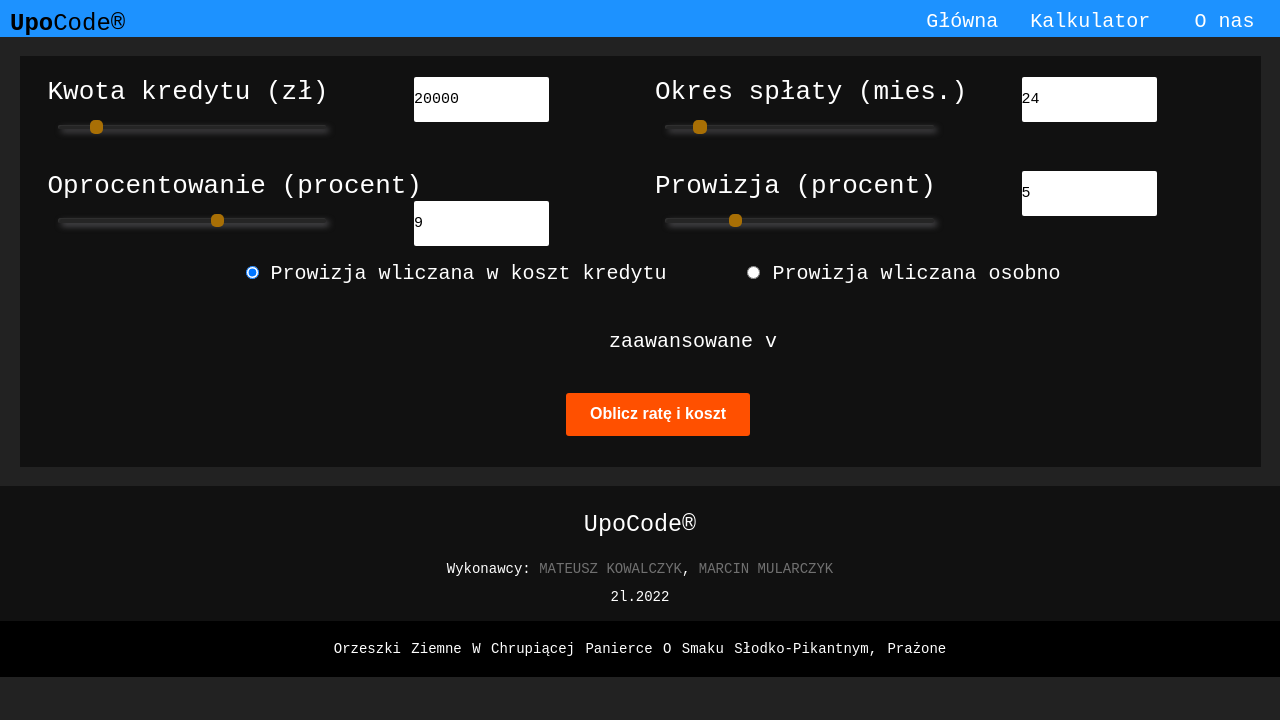
Repository: Klemingway/egzamin
Page: kalkulator.html
The author's editor kept a copy of each file at every save. The page is drawn from the files as they stood at one save, then again after the next save.
The browser window is 1280 px wide. The pictures show the whole page.
After loading, the first visible `#guzik` was clicked once.

Above is the page before, as saved 2023-01-25 12:32:38.
Console error: TypeError: Cannot read properties of null (reading 'style')

### kalkulator.html
<!DOCTYPE html>
<html lang="pl">

<head>
    <meta charset="UTF-8">
    <meta http-equiv="X-UA-Compatible" content="IE=edge">
    <meta name="viewport" content="width=device-width, initial-scale=1.0">
    <link rel="stylesheet" href="style/styl.css">
    <link rel="shortcut icon" href="img/ikonna.png" type="image/x-icon">
    <script src="js/script.js"></script>
    <title>Bankowy</title>
</head>
<header>

    <div id="hod">
        <a style="text-decoration: none;color: white;" href="index.html">Główna</a>
        <a style="text-decoration: none;color: white;" href="kalkulator.html">Kalkulator</a> &puncsp;
        <div id="hod1"><a style="text-decoration: none; color: white;" href="bl.html">O nas</a></div>
    </div>
    <div id="hzd">
        <b>Upo</b>Code®
    </div>
</header>

<div id="gl">

    <div id="d1" class="d">
        Kwota kredytu (zł)
        <input type="text" name="kwota" pattern="[0-9]" id="kwota" class="wej" value="20000" onchange="document.getElementById('r1').value = this.value/1000"><br>
        <input type="range" min="1" max="150" value="20" id="r1" class="slider" oninput="document.getElementById('kwota').value = this.value*1000; ">
    </div>

    <div id="d2" class="d">
        Okres spłaty (mies.)
        <input type="text" name="splata" pattern="[0-9]" id="splata" class="wej" value="24" onchange="document.getElementById('r2').value = this.value"><br>
        <input type="range" min="12" max="120" value="24" id="r2" class="slider" oninput="document.getElementById('splata').value = this.value;">
    </div>


    <div id="d3" class="d">
        Oprocentowanie (procent)
        <input type="text" name="splata" pattern="[0-9]" id="oproc" class="wej" value="9" onchange="document.getElementById('r3').value = this.value*100"><br>
        <input type="range" min="1" max="1500" value="900" id="r3" class="slider" oninput="document.getElementById('oproc').value = this.value/100;">
    </div>

    <div id="d4" class="d">
        Prowizja (procent)
        <input type="text" name="prowiz" pattern="[0-9]" id="prowiz" class="wej" value="5" onchange="document.getElementById('r4').value = this.value"><br>
        <input type="range" min="0" max="20" value="5" id="r4" class="slider" oninput="document.getElementById('prowiz').value = this.value;">
    </div>

    <div id="d5" class="dradio">
        <label class="l1">
        <input type="radio" checked name="choice" value="wariant1" class="radio"> Prowizja wliczana w koszt kredytu
        </label>
        <label class="l2">
            <input type="radio" name="choice" value="wariant2" class="radio">
            Prowizja wliczana osobno
        </label>
    </div>
    <br>
    <div id="d6">
        <a onclick="zaawansowane()" style="margin-bottom: 100px;">zaawansowane v</a>
    </div>

    <!-- <div id="d8" class="d">
        Kwota dołożona
        <input type="text" name="kwotadodana" pattern="[0-9]" id="kwotadodana" class="wej" value="9">
    </div>
    <div id="d9" class="d">
        Ubezpieczenie
        <input type="text" name="ubezpieczenie" pattern="[0-9]" id="ubezpieczenie" class="wej" value="9">
    </div>
    <div id="d10" class="dradio">
        <label class="l1">
            <input type="radio" name="choice2" class="radio" value="rat_tyle_samo">
            Mniejsza rata na taki sam okres czasu
        </label>
        <label class="l2">
            <input type="radio" name="choice2" class="radio" value="rat_mniej">
            Raty pozostają takie same, ale mniej
        </label>
    </div> -->

    <div id="d7">
        <input type="button" id="guzik" value="Oblicz ratę i koszt" onclick="test()">
    </div>

</div>
<!-- <div id="wyniki">

</div> -->



<footer id="fo">
    <div id="zawfoot">
        <h3>UpoCode®</h3>
        <p>Wykonawcy: <span>Mateusz Kowalczyk</span>, <span>Marcin Mularczyk</span><br>2l.2022</p>

    </div>
    <div class="dol">
        <p>Orzeszki ziemne w chrupiącej panierce o smaku słodko-pikantnym, prażone

        </p>
    </div>
</footer>

</body>

</html>

### style/styl.css
html,
body {
    padding: 0;
    margin: 0;
    font-family: monospace;
    background-color: #222222;
    overflow-x: hidden;
    min-height: 100%;
}

body::-webkit-scrollbar {
    width: 0.6em;
}

body::-webkit-scrollbar-track {
    -webkit-box-shadow: inset 0 0 6px rgba(0, 0, 0, 0.3);
}

body::-webkit-scrollbar-thumb {
    background-color: rgb(255, 136, 0);
}

body::-webkit-scrollbar-thumb:hover {
    background: rgba(255, 136, 0, 0.582);
}


/* header */

header {
    z-index: 5;
    text-decoration: none;
    padding-top: 0.5em;
    position: sticky;
    top: 0;
    height: 5vh;
    background-color: #1d92ff;
    width: 100vw;
    font-size: 20px;
}

#hzd {
    font-size: 1.2em;
    padding-left: 10px;
    background-color: #1d92ff;
}

#hod {
    float: right;
    word-spacing: 20px;
    margin-right: 2vw;
}

#hod1 {
    float: right;
    word-spacing: 0px;
}

#fw {
    position: relative;
    margin-top: 20px;
}


/* koniec headera */

#gl {
    padding-top: 1.5em;
    padding-left: 2em;
    padding-bottom: 2em;
    justify-content: center;
    background-color: #111111;
    color: white;
    margin: 1.5em;
    min-height: 20vh;
}


/* #d1 {
    background-color: aqua;
}

#d2 {
    background-color: brown;
}

#d3 {
    background-color: olive;
}

#d4 {
    background-color: orangered;
} */

#gll {
    background-color: #ff5000;
    width: 100%;
    height: auto;
    border: #ff5000 1px solid;
}

.dradio {
    font-size: 20px;
    padding-top: 5px;
    padding-left: 10em;
    padding-right: 10em;
    width: 100%;
    margin-bottom: 1em;
    /* background-color: gold; */
}

.l1 {
    float: left;
}

.l2 {
    float: right;
}

#d6 {
    float: left;
    margin: 2em;
    font-size: 20px;
    padding-top: 5px;
    width: 100%;
    height: auto;
    text-align: center;
}

#d7 {
    margin: 5px;
    display: flex;
    width: 100%;
    justify-content: center;
}

.d {
    word-wrap: break-word;
    font-size: 2em;
    padding: 2px;
    width: 50%;
    float: left;
    min-height: 13vh;
    padding-right: 4em;
}

#wyniki {
    min-height: 25em;
    margin-bottom: 3em;
}


/* wejscia wyjscia */

.wej {
    float: right;
    border-radius: 2px;
    outline: none;
    border: none;
    font-family: monospace;
    height: 3em;
    width: 9em;
    font-size: 15px;
}

.slider {
    margin: 10px;
    -webkit-appearance: none;
    outline: none;
    border-radius: 3px;
    height: 0.6vh;
    width: 21vw;
    background-color: rgb(37, 37, 37);
    box-shadow: 3px 3px 6px rgb(89, 88, 92), inset 1px 1px 1px #313131;
}

.slider::-webkit-slider-thumb {
    -webkit-appearance: none;
    width: 1em;
    height: 1em;
    cursor: pointer;
    background-color: rgb(168, 111, 5);
    overflow: visible;
    border-radius: 5px;
}

#guzik {
    display: inline-block;
    outline: none;
    cursor: pointer;
    font-weight: 600;
    border-radius: 3px;
    padding: 12px 24px;
    border: 0;
    color: #fff;
    background: #ff5000;
    line-height: 1.15;
    font-size: 16px;
}

#guzik:hover {
    transition: all .1s ease;
    box-shadow: 0 0 0 0 #fff, 0 0 0 3px #1d92ff;
}


/* footer */

footer {
    position: absolute;
    bottom: 0;
    width: 100%;
    left: 0;
    right: 0;
    background: #111;
    height: auto;
    width: 100vW;
    font-family: monospace;
    padding-top: 20px;
    color: white;
}

#zawfoot {
    display: flex;
    align-items: center;
    justify-content: center;
    flex-direction: column;
    text-align: center;
}

#zawfoot h3 {
    font-size: 1.8rem;
    font-weight: 400;
    text-transform: capitalize;
    line-height: 3rem;
}

#zawfoot p {
    max-width: 500px;
    margin: 10px auto;
    line-height: 28px;
    font-size: 14px;
}

* {
    margin: 0;
    padding: 0;
    box-sizing: border-box;
}

.dol {
    background: #000;
    width: 100vw;
    padding: 20px 0;
    text-align: center;
}

.dol p {
    font-size: 14px;
    word-spacing: 2px;
    text-transform: capitalize;
}

#zawfoot span {
    text-transform: uppercase;
    opacity: .4;
    font-weight: 200;
}


/* koniec footera */

@media (max-width: 1000px) {
    .d {
        padding-right: 1em;
        width: 100%;
        padding-bottom: 0;
        margin-bottom: 1.5em;
    }
    .dradio {
        padding: 0;
    }
    .slider {
        width: 100%;
    }
    .wej {
        width: 100%;
    }
    #gl {
        padding: 1em;
    }
    footer {
        position: relative;
    }
    #d5 {
        text-align: center;
    }
    #gl {
        margin-top: 3em;
    }
}

### js/script.js
function zaokrongl(variable) {
    return Math.round(variable * 100) / 100;
}
document.addEventListener('mouseup', function(e) {
    if (e.target.id == "dwd") {
        zamknij();
    } else if (e.target.id == "dwd2") {
        zamknij1();
    }
});

function tableCreate2(splata, k, oprocentowanie, kwota, rata, prowizja, kwota_dodana) {
    console.log("kwota: " + kwota);
    //tu sie dzieje magia sztańska i wgl ale no uwu
    var a = document.getElementById("wyniki2");
    // czyszczenie diva
    a.innerHTML = '';
    //ustawiamy sobie stałą
    const wyniki = document.a,
        // do tej stałej tworzymy element div
        div = document.createElement('div');
    // ustawiamy id diva jako tabela
    div.setAttribute("id", "tabela");
    //tworzymy tabele
    tbl = document.createElement('table');
    // dopisujemy tabele do diva
    div.appendChild(tbl);
    tbl.style.width = '110px';
    tbl.style.border = '1px solid black';

    var odsetki = 0,
        suma_odsetek = 0,
        suma = 0;
    var kapital = 0,
        suma = 0,
        kwota_kredytu = 0;

    var element1 = document.getElementById('advanced2');
    var choice2 = document.getElementsByName('choice2');
    if (element1 !== null && choice2[1].checked == true) {
        kwota_kredytu = kwota - kwota_dodana;
        console.log("kwota+kredytu: " + kwota_kredytu)
    } else {
        kwota_kredytu = kwota;
        console.log("kwota+kredytu: " + kwota_kredytu)
    }
    // prosta pętla myśle że nic nie trzeba tłumaczyć
    loop1:
        for (let i = 0; i <= splata; i++) {
            const tr = tbl.insertRow();
            loop2:
                for (let j = 0; j < 4; j++) {
                    odsetki = (oprocentowanie / k) * kwota_kredytu;


                    kapital = rata - odsetki;
                    const td = tr.insertCell();
                    if (i == 0 && j == 0) {
                        td.appendChild(document.createTextNode("L.p."));
                        td.style.fontSize = '20px';
                    } else if (i == 0 && j == 1) {
                        td.appendChild(document.createTextNode("Odsetki"));
                        td.style.fontSize = '20px';
                    } else if (i == 0 && j == 2) {
                        td.appendChild(document.createTextNode("Kapitał"));
                        td.style.fontSize = '20px';
                    } else if (i == 0 && j == 3) {
                        td.appendChild(document.createTextNode("Wysokość raty"));
                        td.style.fontSize = '20px';
                    }
                    if (j == 0 && i != 0) {
                        if (kapital >= rata) {
                            break loop1;
                        }
                        td.appendChild(document.createTextNode(i));
                    } else if (j == 1 && i != 0) {
                        suma_odsetek += odsetki;
                        td.appendChild(document.createTextNode(zaokrongl(odsetki)));
                    } else if (j == 2 && i != 0) {
                        kwota_kredytu -= kapital;
                        td.appendChild(document.createTextNode(zaokrongl(kapital)));
                    } else if (j == 3 && i != 0) {
                        suma += rata;
                        td.appendChild(document.createTextNode(rata));
                    }
                    td.style.border = '1px solid black';

                }
        }
    console.log("Suma: " + suma)
    console.log("Suma odsetek: " + suma_odsetek)
    a.appendChild(div);
}

function obliczanie(I, N, oprocentowanie, choice, n, zaplata, prowizja, suma, k, kwota_dodana) {
    var choice2 = document.getElementsByName('choice2');

    // jeżeli wybrane żeby Prowizja wliczana w koszt kredytu to wtedy to się liczy
    if (choice[0].checked == true) {
        prowizja = (document.getElementById("prowiz").value) / 100;

        prowizja = prowizja * N;
        // doliczamy prowizję do kwoty kredytu
        N = N * 1 + prowizja;

        // jeżeli okres spłaty wynosi mniej niż 12 miesięcy to analogicznie w roku
        // zapłacimy równowartość tego okresu bo w roku mamy max 12 rat
        k = 12;
        if (n < 12) {
            k = n;
        }
        for (var i = 1; i <= n; i++) {
            // no to tutaj przepisany wzór z matematycznego na kodowanie
            suma += Math.pow((1 + (oprocentowanie / k)), -i);
        }
        // tutaj jest licznik podzielony przez mianownik
        I = N / suma;
        // mnożymy naszą ratę razy ilość rat aby otrzymać ile będziemy musieli oddać bankowi
        zaplata = I * n;
        console.log("N: " + N)

        tableCreate2(n, k, oprocentowanie, N, zaokrongl(I), prowizja, kwota_dodana)
        document.getElementById("wyniki").innerHTML = "Wysokość raty: " + zaokrongl(I) + "<br>" +
            "Całkowita kwota do spłaty: " + zaokrongl(zaplata);

        // jeżeli wybrane żeby Prowizja wliczana osobno to wtedy to się liczy
    } else if (choice[1].checked == true) {
        prowizja = (document.getElementById("prowiz").value) / 100;
        prowizja = prowizja * N;
        // jeżeli okres spłaty wynosi mniej niż 12 miesięcy to analogicznie w roku zapłacimy równowartość tego okresu bo w roku mamy max 12 rat
        k = 12;
        if (n < 12) {
            k = n;
        }
        for (var i = 1; i <= n; i++) {
            // no to tutaj przepisany wzór z matematycznego na kodowanie
            suma += Math.pow((1 + (oprocentowanie / k)), -i);
        }
        // tutaj jest licznik podzielony przez mianownik
        I = N / suma;
        // mnożymy naszą ratę razy ilość rat aby otrzymać ile będziemy musieli oddać bankowi
        zaplata = I * n;
        // doliczamy prowizję po wszystkich obliczeniach
        zaplata = zaplata + prowizja;
        console.log("N: " + N)
        tableCreate2(n, k, oprocentowanie, N, zaokrongl(I), prowizja, kwota_dodana)
        document.getElementById("wyniki").innerHTML = "Wysokość raty: " + zaokrongl(I) + "<br>" +
            "Całkowita kwota do spłaty: " + zaokrongl(zaplata);
    } else {
        console.log("wda")
    }
    document.getElementById("dwd").style.backdropFilter = "blur(7px)";
    document.getElementById("wyniki").innerHTML += "<br><input type=\"button\" id='guzior1' onclick=\"pokaz()\" value=\"pokaż harmonogram rat\">";

}

function test() {
    var element = document.getElementById('advanced2');
    if (element === null) {
        document.getElementById("fo").style.position = "relative";
    }
    document.getElementById("wyniki").style.visibility = "visible"; // a to to nwm pan mularczyk robił
    var I, N, oprocentowanie, k, n, suma = 0,
        zaplata, prowizja = 0;

    N = document.getElementById("kwota").value; // kwota kredytu
    oprocentowanie = document.getElementById("oproc").value / 100; // oprocentowanie kredytu
    n = document.getElementById("splata").value; // okres splaty

    var choice = document.getElementsByName('choice');

    //////////////////////////////////////
    //                                  //
    // sprawdzenie czy jest rozwinięte  //
    //                                  //
    //////////////////////////////////////

    var element1 = document.getElementById('advanced2');
    var element2 = document.getElementById('advanced2');
    if (element1 !== null && element2 !== null) {
        var kwota_dodana = document.getElementById("kwotaDodana").value;
        var choice2 = document.getElementsByName('choice2'); // zaawansowane
        if (choice2[0].checked == true) {
            console.log(kwota_dodana + "  " + "tyle samo rat ale mniejsza cena")
                //////////////////////////////////////////
                //                                      //
                //    tyle samo rat ale mniejsza cena   //
                //                                      //
                //////////////////////////////////////////
            N -= kwota_dodana;
            console.log("Nigger: " + N)
            obliczanie(I, N, oprocentowanie, choice, n, zaplata, prowizja, suma, k, kwota_dodana);

        }
        if (choice2[1].checked == true) {
            console.log(kwota_dodana + "  " + "Mniej rat, po tej samej cenie raty")
                //////////////////////////////////////////
                //                                      //
                //  Mniej rat, po tej samej cenie raty  //
                //                                      //
                //////////////////////////////////////////


            obliczanie(I, N, oprocentowanie, choice, n, zaplata, prowizja, suma, k, kwota_dodana);
        }


    } else {
        obliczanie(I, N, oprocentowanie, choice, n, zaplata, prowizja, suma, k);
    }

}

function pokaz() {
    document.getElementById("dwd").style.visibility = "visible";
}

function zamknij() {
    document.getElementById("dwd").style.visibility = "hidden";
}

function pokaz1() {
    document.getElementById("dwd2").style.backdropFilter = "blur(7px)";
    document.getElementById("dwd2").style.visibility = "visible";
}

function zamknij1() {
    document.getElementById("dwd2").style.visibility = "hidden";
}

function zaawansowane() {
    var element = document.getElementById('advanced2');
    if (element === null) {
        var a = document.getElementById("tabelka");
        const wyniki = document.a,
            /////////////////////////////////////////
            //                                     //
            //          input text kwata           //
            //                                     //
            /////////////////////////////////////////
            trA = document.createElement('tr');
        trA.setAttribute("id", "advancedText");
        trA.setAttribute('style', 'position:relative; padding-top:200px; height:40px;')


        tdA = document.createElement('td');
        tdB = document.createElement('td');

        inputA = document.createElement('input');
        inputA.setAttribute('type', 'text');
        inputA.setAttribute('id', 'kwotaDodana');

        tdA.innerHTML += "Kwota dołożona";
        tdB.appendChild(inputA);
        trA.appendChild(tdA);
        trA.appendChild(tdB);
        a.appendChild(trA);

        tdA = document.createElement('td');
        tdB = document.createElement('td');

        inputA = document.createElement('input');
        inputA.setAttribute('type', 'text');
        inputA.setAttribute('id', 'ubezpieczenie');

        tdA.innerHTML += "Ubezpieczenie";
        tdB.appendChild(inputA);
        trA.appendChild(tdA);
        trA.appendChild(tdB);

        //a.appendChild(trB);
        a.appendChild(trA);

        /////////////////////////////////////////
        //                                     //
        //            inputy radio             //
        //                                     //
        /////////////////////////////////////////

        tr2 = document.createElement('tr');
        tr2.setAttribute("id", "advanced2");
        td1 = document.createElement('td');
        td1.setAttribute("colspan", "2");
        td1.setAttribute('style', 'text-align:center;');
        //style="text-align: center;"
        br = document.createElement('br');

        label1 = document.createElement('label');
        input1 = document.createElement('input');
        input1.setAttribute('type', 'radio');
        input1.setAttribute('name', 'choice2');
        input1.setAttribute('class', 'radio');
        input1.setAttribute('value', 'rat_mniej');

        label1.appendChild(input1);
        label1.innerHTML += ' Raty pozostają takie same, ale mniej';

        td2 = document.createElement('td');
        td2.setAttribute("colspan", "2");
        td2.setAttribute('style', 'text-align:center;');
        label2 = document.createElement('label');
        input2 = document.createElement('input');
        input2.setAttribute('type', 'radio');
        input2.setAttribute('name', 'choice2');
        input2.setAttribute('class', 'radio');
        input2.setAttribute('value', 'rat_tyle_samo');


        label2.appendChild(input2);
        label2.innerHTML += ' Mniejsza rata na taki sam okres czasu';


        td1.appendChild(br);
        td1.appendChild(label1);

        td2.appendChild(br);
        td2.appendChild(label2);

        tr2.appendChild(td2);
        tr2.appendChild(td1);

        a.appendChild(tr2);

        clicked = false;
    } else {
        var elem = document.getElementById("advanced2");
        elem.parentNode.removeChild(elem);
        elem = document.getElementById("advancedText");
        elem.parentNode.removeChild(elem);
    }
}

After the next save:
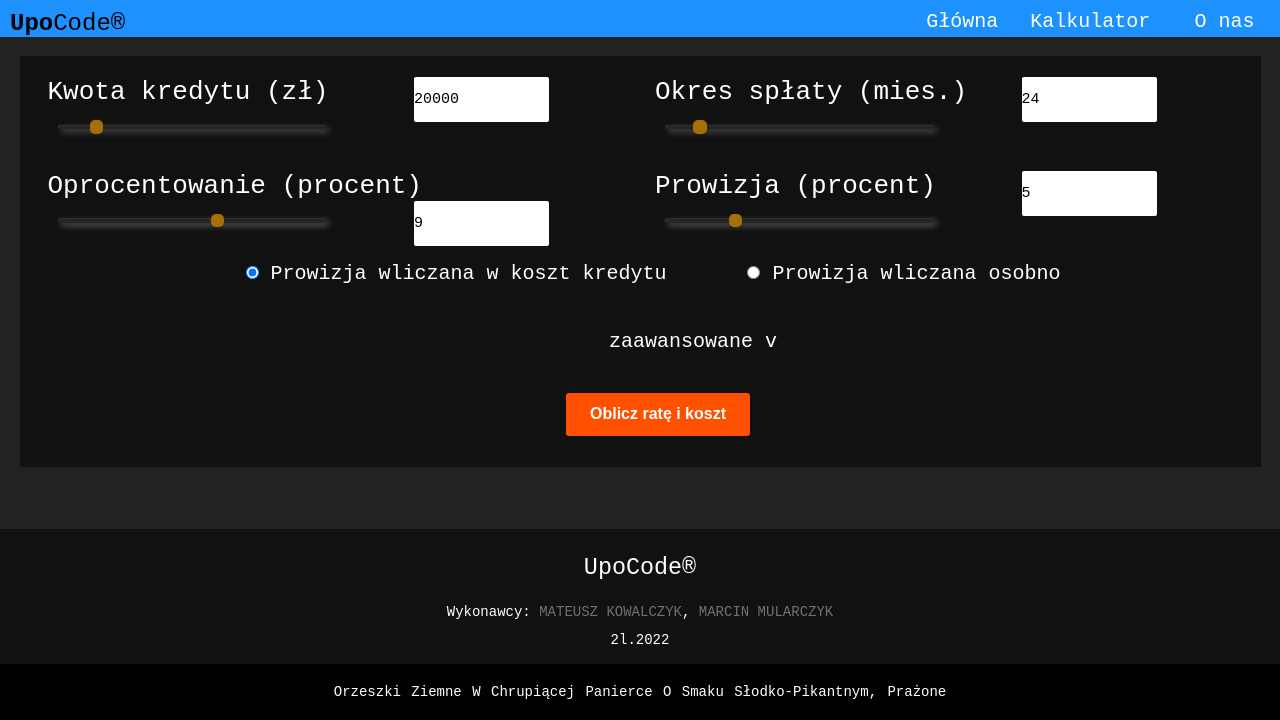
Saved 14 s later.
--- a/js/script.js
+++ b/js/script.js
@@ -156,7 +156,7 @@ function obliczanie(I, N, oprocentowanie, choice, n, zaplata, prowizja, suma, k,
 
 function test() {
     var element = document.getElementById('advanced2');
-    if (element === null) {
+    if (element != null) {
         document.getElementById("fo").style.position = "relative";
     }
     document.getElementById("wyniki").style.visibility = "visible"; // a to to nwm pan mularczyk robił
